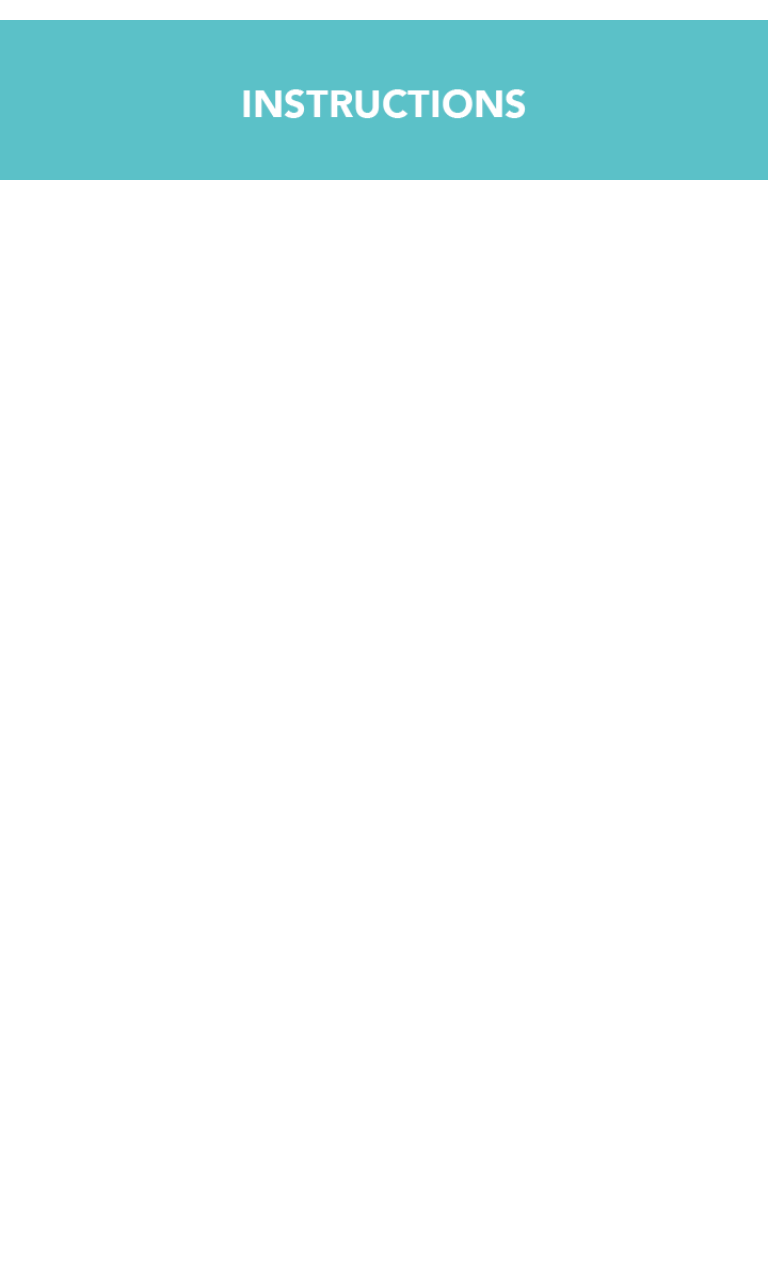
Repository: sbobhate/Android-Applications
Layout: EWBProject/res/layout/fragment_page2.xml
An editor plug-in stored every save of this project. The layout is shown before and after the next save, followed by the edit.
It is drawn on a 768 x 1280 px phone screen (xhdpi) without system bars, with theme AppTheme; the app's code is not run.

Above is the layout before, as saved 2014-02-21 13:01:34.

### EWBProject/res/layout/fragment_page2.xml
<?xml version="1.0" encoding="utf-8"?>
<RelativeLayout xmlns:android="http://schemas.android.com/apk/res/android"
    xmlns:tools="http://schemas.android.com/tools"
    android:layout_width="match_parent"
    android:layout_height="match_parent" >

    <ImageView
        android:id="@+id/instructions"
        android:src="@drawable/instructions"
        android:contentDescription="@string/instructions"
        android:layout_width="fill_parent"
        android:layout_height="wrap_content"
        />

    <ImageView
        android:id="@+id/step1"
        android:src="@drawable/step1"
        android:contentDescription="@string/step1"
        android:layout_width="fill_parent"
        android:layout_height="0dp"
       	android:layout_below="step1"
        />

    <ImageView
        android:id="@+id/step1Tutorial"
        android:src="@drawable/step1tutorial"
        android:contentDescription="@string/step1_tutorial"
        android:layout_width="fill_parent"
        android:layout_height="0dp"
       	android:layout_weight="2"
        />

</RelativeLayout>

### EWBProject/res/values-v14/styles.xml
<resources>

    <!--
        Base application theme for API 14+. This theme completely replaces
        AppBaseTheme from BOTH res/values/styles.xml and
        res/values-v11/styles.xml on API 14+ devices.
    -->
    <style name="AppBaseTheme" parent="@android:style/Theme.Holo.Light.NoActionBar.Fullscreen">
        <!-- API 14 theme customizations can go here. -->
    </style>

</resources>

### EWBProject/res/values/strings.xml
<?xml version="1.0" encoding="utf-8"?>
<resources>

    <string name="app_name">EWB Project</string>
    <string name="action_settings">Settings</string>
    <string name="hello_world">Hello world!</string>
    <string name="home_header">Home Header</string>
    <string name="instructions">Instructions</string>
    <string name="reader">Reader</string>
    <string name="home_footer">Footer</string>
    <string name="title_activity_about_us">About Us</string>
    <string name="title_activity_instructions">Instructions</string>
    <string name="materials">Materials</string>
    <string name="hello_blank_fragment">Hello blank fragment</string>
    <string name="step1">Step 1</string>
    <string name="step2">Step 2</string>
    <string name="step3">Step 3</string>
    <string name="step4">Step 4</string>
    <string name="step1_tutorial">Step 1 Tutorial</string>
    <string name="step2_tutorial">Step 2 Tutorial</string>
    <string name="blueprint">Blueprint</string>

</resources>

Loaded but not shown: EWBProject/res/values/styles.xml (common file); EWBProject/res/values-v11/styles.xml (common file)

After the next save:
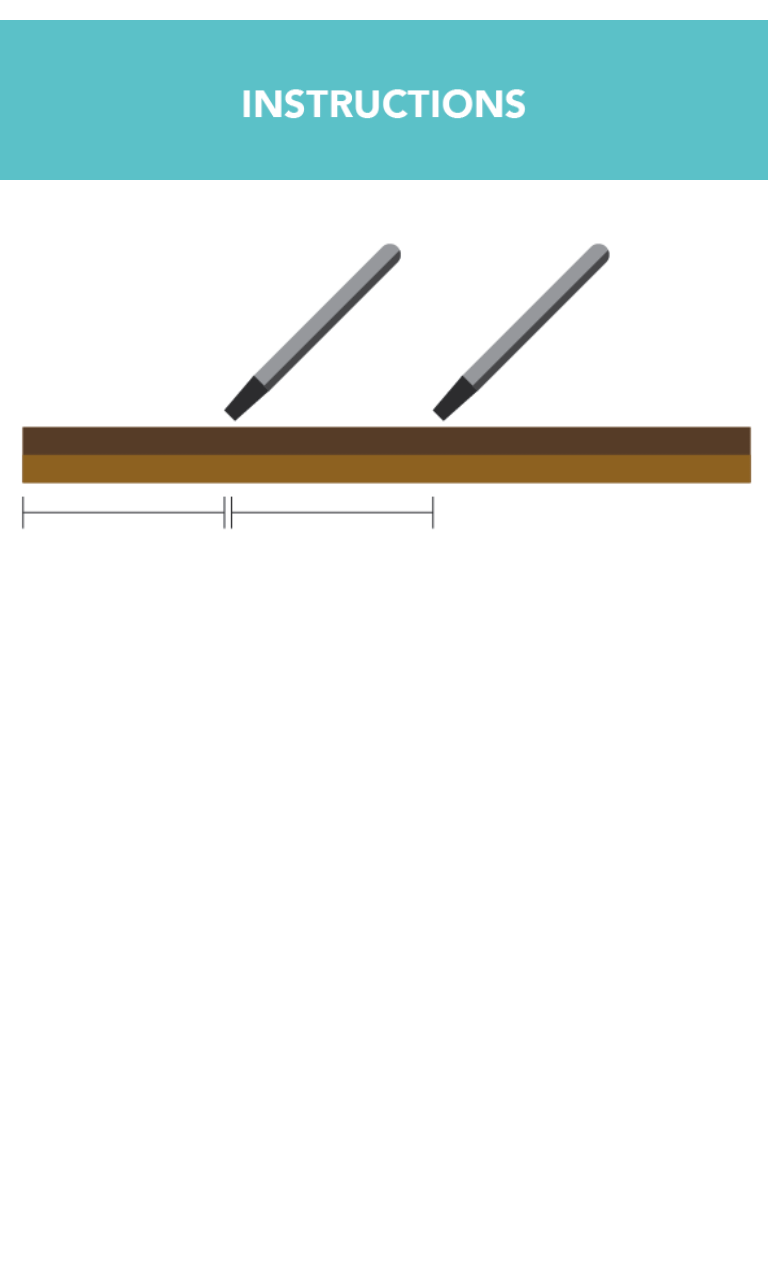
Saved 23 s later.
--- a/EWBProject/res/layout/fragment_page2.xml
+++ b/EWBProject/res/layout/fragment_page2.xml
@@ -17,8 +17,8 @@
         android:src="@drawable/step1"
         android:contentDescription="@string/step1"
         android:layout_width="fill_parent"
-        android:layout_height="0dp"
-       	android:layout_below="step1"
+        android:layout_height="wrap_content"
+       	android:layout_below="@+id/instructions"
         />
 
     <ImageView
